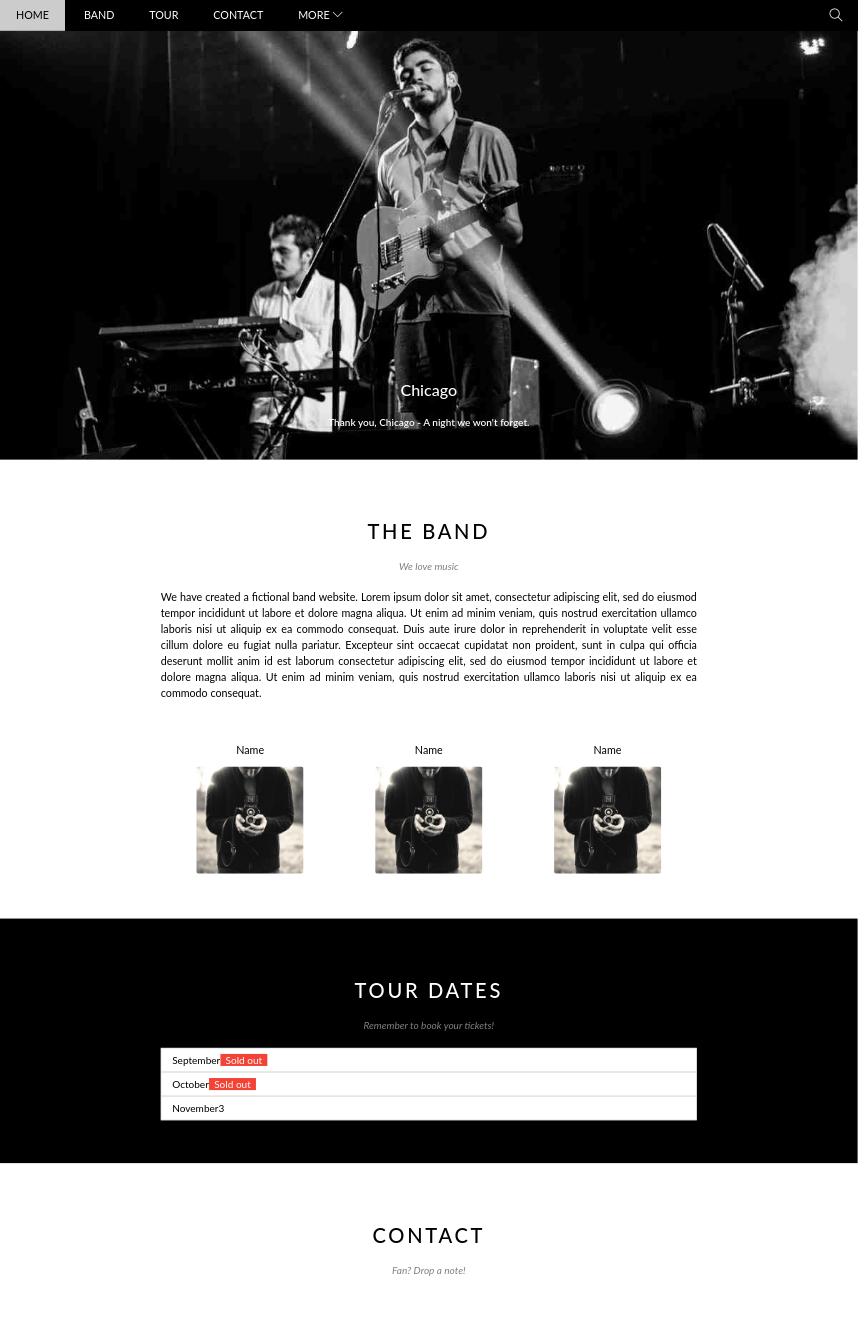
Repository: tatvanhco/web-dau-tay
Page: index.html
These files come from the project's save history. The page is drawn as it stood at one moment and after the next save; the edit follows.
The browser window is 1280 px wide. The pictures show the whole page, at 67% of full size.

Above is the page before, as saved 2022-01-23 19:40:32.

After the next save:
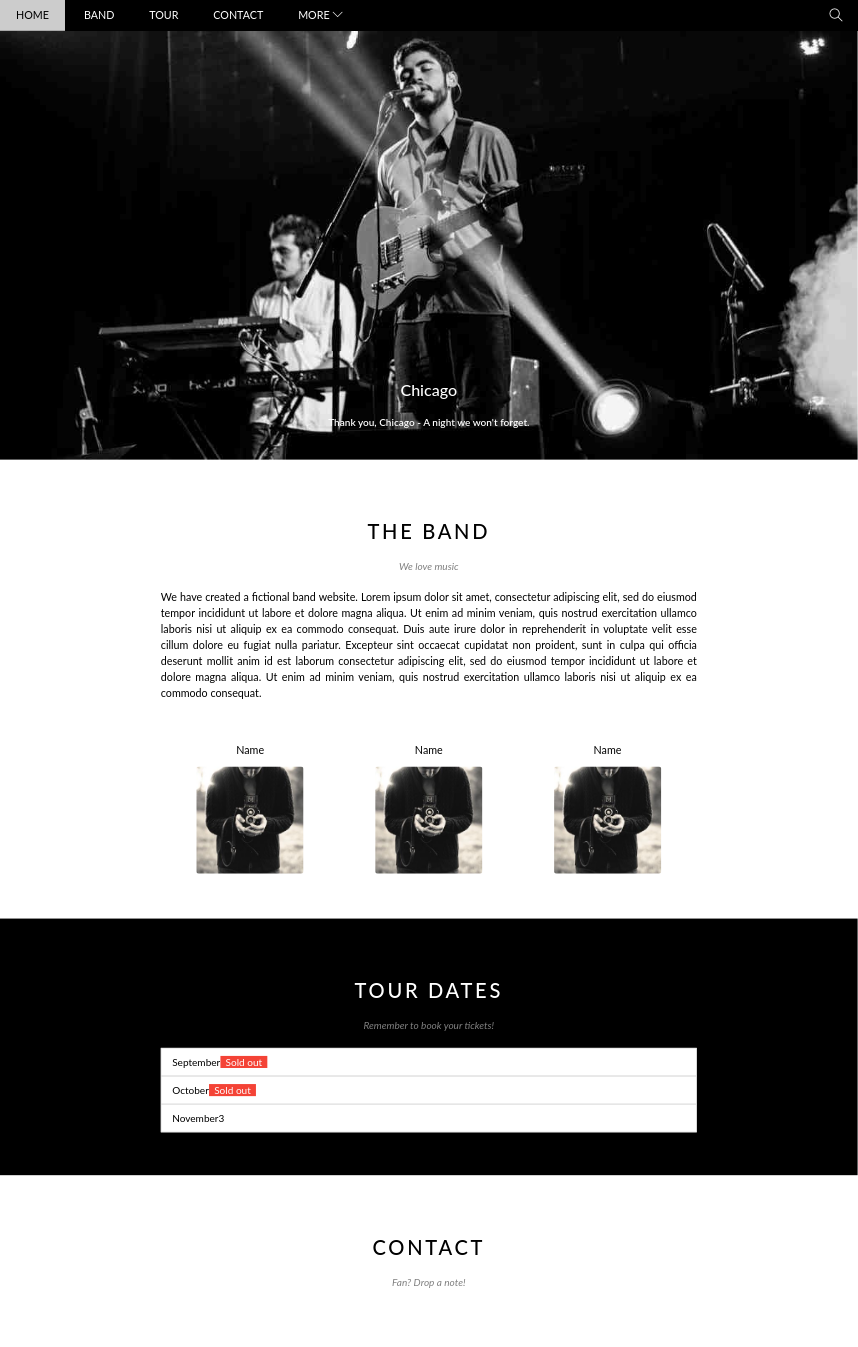
Saved 27 s later.
--- a/assets/css/style.css
+++ b/assets/css/style.css
@@ -188,7 +188,7 @@ body {
 .ticket-list li {
     font-size: 15px;
     border: 1px solid #ddd;
-    padding: 8px 16px;
+    padding: 11px 16px;
 }
 
 .ticket-list .soldout {
